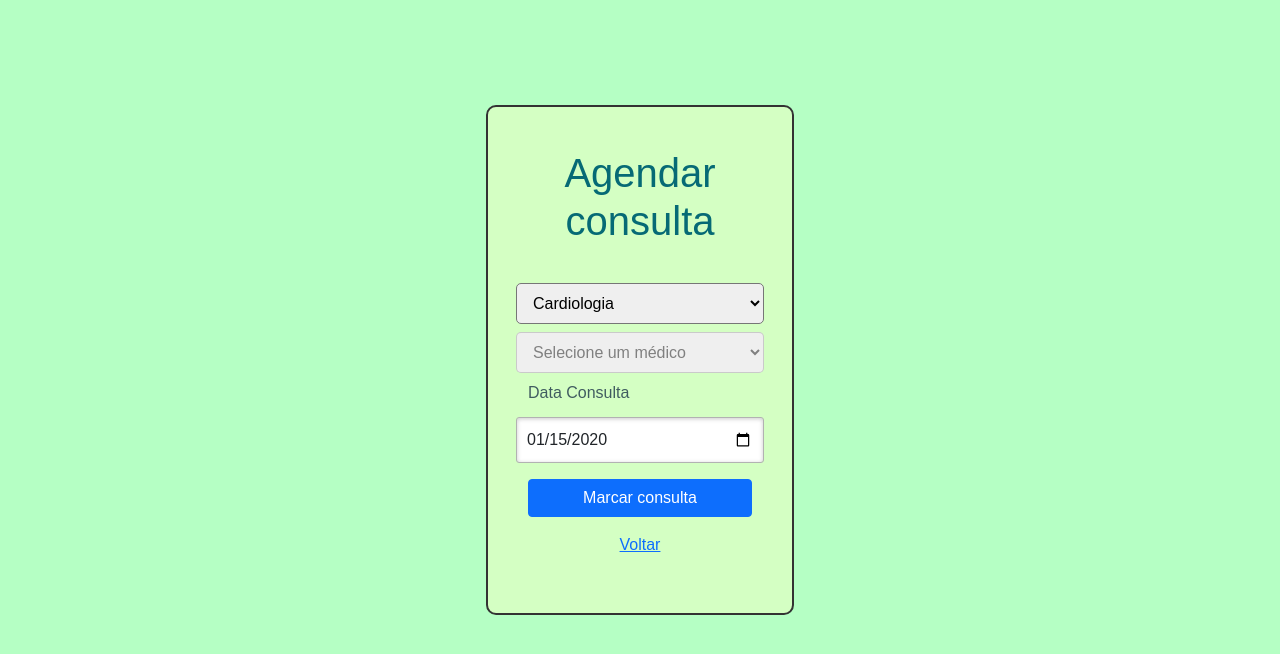
Repository: DavidCostaMariano/gsjava
Page: http://localhost/GsJava/form/formAgendarConsulta.jsp
An editor plug-in stored every save of this project. The page is shown before and after the next save, followed by the edit.
The browser window is 1280 px wide. The pictures show the whole page.
Empty fields were first filled with sample values (such as "Sample", 5 or name@example.com).
After loading, the first visible `select` was changed once.
The page is served by Tomcat 9. Other server files are loaded and not shown.

Above is the page before, as saved 2023-11-15 20:57:13.
Console error: ReferenceError: listarMedico is not defined
Not found: GsJava/GsJava/Script.js

### GsJava/src/main/webapp/form/formAgendarConsulta.jsp
<%@ page language="java" contentType="text/html; charset=UTF-8"
	pageEncoding="UTF-8"%>
<!DOCTYPE html>
<html>
<head>
	<meta charset="ISO-8859-1">
	<title>Cliente - Agendar Consulta</title>
	<meta name="viewport" content="width=device-width, initial-scale=1.0">
	<link rel="stylesheet" type="text/css" href="../css/estilo.css" />
	<link href="https://cdn.jsdelivr.net/npm/bootstrap@5.0.2/dist/css/bootstrap.min.css" rel="stylesheet"
	integrity="sha384-EVSTQN3/azprG1Anm3QDgpJLIm9Nao0Yz1ztcQTwFspd3yD65VohhpuuCOmLASjC" crossorigin="anonymous">
	<script src="../Script.js"></script>
</head>

<body>
	<div
		class="container h-100 w-50 d-flex justify-content-center align-items-center">

		<form method="post" action="login"
			style="border: 2px solid #333; border-radius: 10px; padding: 40px">
			<h1 class="text-center">Agendar consulta</h1>
			<!-- Aqui o cara seleciona a especialidade e a gente carrega a lista de médicos que atendem aquela especialidade -->
			<div class="row mt-2">
				<select onchange="listarMedico()">
					<option disabled selected>Selecione uma especialidade</option>
					<option value="1">Cardiologia</option>
					<option value="2">Neurologista</option>
					<option value="3">Psiquiatria</option>
				</select>
			</div>
			<div class="row mt-2">
				<select disabled id="listaMedicos">
					<option disabled selected>Selecione um médico</option>
					<option value="1">Cardiologia</option>
					<option value="2">Neurologista</option>
					<option value="3">Psiquiatria</option>
				</select>
			</div>
			<div class="row mt-2">
				<label for="dataConsulta" class="form-label">Data Consulta</label> <input
					type="date" name="dataConsulta" id="dataConsulta"
					class="w-100 form-control" aria-describedby="passwordHelpBlock">
			</div>
			<div class="d-flex justify-content-center row mt-3">
				<div class="col-12">
					<button type="submit" class="btn btn-primary w-100">Marcar
						consulta</button>
				</div>
				<div class="col-12 text-center pt-3">
					<p>
						<a href="formListagem.jsp">Voltar</a>
					</p>

				</div>
			</div>
		</form>
	</div>
	<script
		src="https://cdn.jsdelivr.net/npm/bootstrap@5.0.2/dist/js/bootstrap.bundle.min.js"
		integrity="sha384-MrcW6ZMFYlzcLA8Nl+NtUVF0sA7MsXsP1UyJoMp4YLEuNSfAP+JcXn/tWtIaxVXM"
		crossorigin="anonymous"></script>

</body>

</html>

### GsJava/src/main/webapp/css/estilo.css
@charset "ISO-8859-1";

body {
    height: 100vh;
    background-color: #54ff776e!important;
}

*,
*:before,
*:after {
    margin: 0;
    padding: 0;
    font-family: Arial, sans-serif;
}
select{
    padding: 10px;
    border-radius: 5px;
}
/* remove a linha dos links */
a {
    text-decoration: none;
}
/* esconde as ancoras da tela */
a.links {
    display: none;
}
form{
    width: 50%;
    border: 2px #9c9c9c solid;
    border-radius: 10px;
    padding: 20px;
    background-color: #fdffc06e;
}
.container {
    height: 100%;
    display: flex;
    justify-content: center;
    align-items: center;
}

.content {
    width: 500px;
    min-height: 560px;
    margin: 0px auto;
    position: relative;
}

h1 {
    font-size: 48px;
    color: #066a75;
    padding: 2px 0 10px 0;
    font-family: Arial, sans-serif;
    font-weight: bold;
    text-align: center;
    padding-bottom: 30px;
}

/* h1:after {
    content: ' ';
    display: block;
    width: 100%;
    height: 2px;
    margin-top: 10px;
    background: -webkit-linear-gradient(left, rgba(147, 184, 189, 0) 0%, rgba(147, 184, 189, 0.8) 20%, rgba(147, 184, 189, 1) 53%, rgba(147, 184, 189, 0.8) 79%, rgba(147, 184, 189, 0) 100%);
    background: linear-gradient(left, rgba(147, 184, 189, 0) 0%, rgba(147, 184, 189, 0.8) 20%, rgba(147, 184, 189, 1) 53%, rgba(147, 184, 189, 0.8) 79%, rgba(147, 184, 189, 0) 100%);
}
 */
p {
    margin-bottom: 15px;
}

.content p:first-child {
    margin: 0px;
}

label {
    color: #405c60;
    position: relative;
}

/* placeholder */
::-webkit-input-placeholder {
    color: #bebcbc;
    font-style: italic;
}

input:-moz-placeholder,
textarea:-moz-placeholder {
    color: #bebcbc;
    font-style: italic;
}

input {
    outline: none;
}

/*estilo dos input,  menos o checkbox */
input:not([type="checkbox"]) {
    width: 95%;
    margin-top: 4px;
    padding: 10px;
    border: 1px solid #b2b2b2;

    -webkit-border-radius: 3px;
    border-radius: 3px;

    -webkit-box-shadow: 0px 1px 4px 0px rgba(168, 168, 168, 0.6) inset;
    box-shadow: 0px 1px 4px 0px rgba(168, 168, 168, 0.6) inset;

    -webkit-transition: all 0.2s linear;
    transition: all 0.2s linear;
}

/*estilo do botão submit */
input[type="submit"] {
    width: 100% !important;
    cursor: pointer;
    background: rgb(61, 157, 179);
    padding: 8px 5px;
    color: #fff;
    font-size: 20px;
    border: 1px solid #fff;
    margin-bottom: 10px;
    text-shadow: 0 1px 1px #333;

    -webkit-border-radius: 5px;
    border-radius: 5px;

    transition: all 0.2s linear;
}

/*estilo do botão submit no hover */
input[type="submit"]:hover {
    background: #4ab3c6;
}

.link {
    position: absolute;
    background: #e1eaeb;
    color: #7f7c7c;
    left: 0px;
    height: 20px;
    width: 440px;
    padding: 17px 30px 20px 30px;
    font-size: 16px;
    text-align: right;
    border-top: 1px solid #dbe5e8;

    -webkit-border-radius: 0 0 5px 5px;
    border-radius: 0 0 5px 5px;
}

.link a {
    font-weight: bold;
    background: #f7f8f1;
    padding: 6px;
    color: rgb(29, 162, 193);
    margin-left: 10px;
    border: 1px solid #cbd518;

    -webkit-border-radius: 4px;
    border-radius: 4px;

    -webkit-transition: all 0.4s linear;
    transition: all 0.4s linear;
}

.link a:hover {
    color: #39bfd7;
    background: #f7f7f7;
    border: 1px solid #4ab3c6;
}

#cadastro,
#login {
    position: absolute;
    padding: 18px 6% 60px 6%;
    margin: 0 0 35px 0;
    background: #f7f7f7;
    border: 1px solid rgba(147, 184, 189, 0.8);
    border-radius: 5px;
}

/* Efeito ao clicar no botão ( Ir para Login ) */
#paracadastro:target~.content #cadastro,
#paralogin:target~.content #login {
    z-index: 2;
    -webkit-animation-name: fadeInLeft;
    animation-name: fadeInLeft;

    -webkit-animation-delay: .1s;
    animation-delay: .1s;
}

/* Efeito ao clicar no botão ( Cadastre-se ) */
#registro:target~.content #login,
#paralogin:target~.content #cadastro {
    -webkit-animation-name: fadeOutLeft;
    animation-name: fadeOutLeft;
}

/*fadeInLeft*/
@-webkit-keyframes fadeInLeft {
    0% {
        opacity: 0;
        -webkit-transform: translateX(-20px);
    }

    100% {
        opacity: 1;
        -webkit-transform: translateX(0);
    }
}

@keyframes fadeInLeft {
    0% {
        opacity: 0;
        transform: translateX(-20px);
    }

    100% {
        opacity: 1;
        transform: translateX(0);
    }
}

/*fadeOutLeft*/
@-webkit-keyframes fadeOutLeft {
    0% {
        opacity: 1;
        -webkit-transform: translateX(0);
    }

    100% {
        opacity: 0;
        -webkit-transform: translateX(-20px);
    }
}

@keyframes fadeOutLeft {
    0% {
        opacity: 1;
        transform: translateX(0);
    }

    100% {
        opacity: 0;
        transform: translateX(-20px);
    }
}

After the next save:
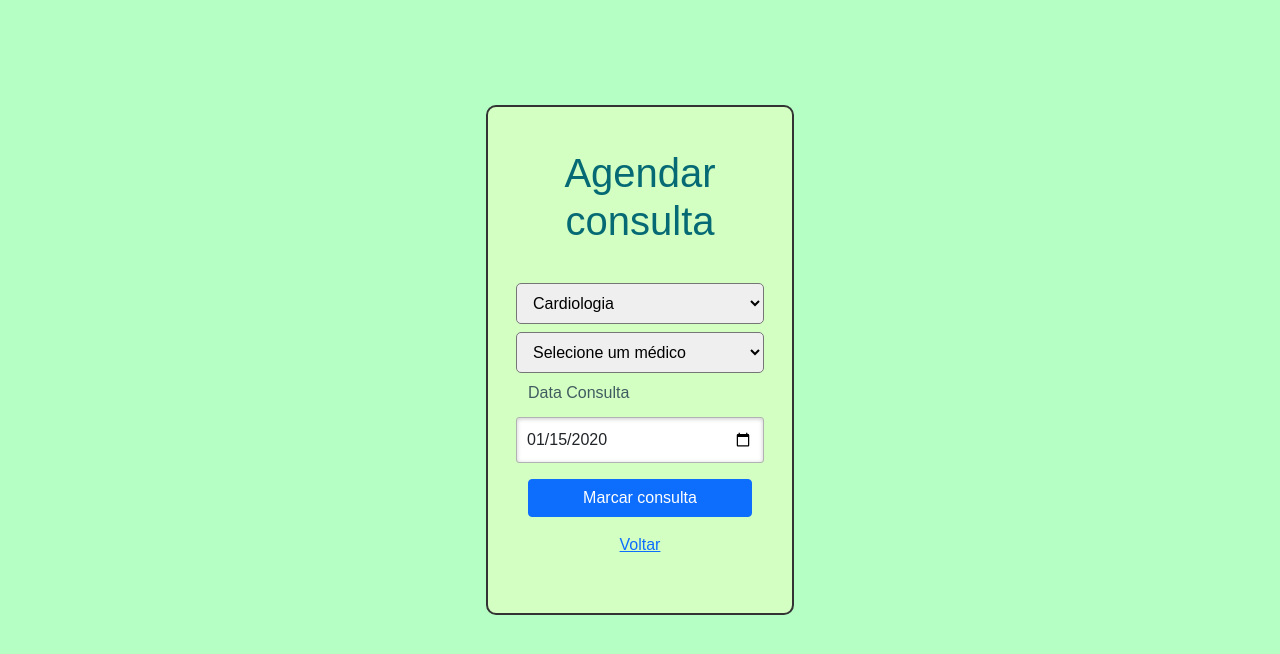
The error is gone.
Saved 61 s later.
--- a/GsJava/src/main/webapp/form/formAgendarConsulta.jsp
+++ b/GsJava/src/main/webapp/form/formAgendarConsulta.jsp
@@ -9,7 +9,12 @@
 	<link rel="stylesheet" type="text/css" href="../css/estilo.css" />
 	<link href="https://cdn.jsdelivr.net/npm/bootstrap@5.0.2/dist/css/bootstrap.min.css" rel="stylesheet"
 	integrity="sha384-EVSTQN3/azprG1Anm3QDgpJLIm9Nao0Yz1ztcQTwFspd3yD65VohhpuuCOmLASjC" crossorigin="anonymous">
-	<script src="../Script.js"></script>
+	<script type="text/javascript">
+		function listarMedico(){
+		    var selectMedicos = document.getElementById("listaMedicos");
+		    selectMedicos.removeAttribute("disabled")
+		}
+	</script>
 </head>
 
 <body>
